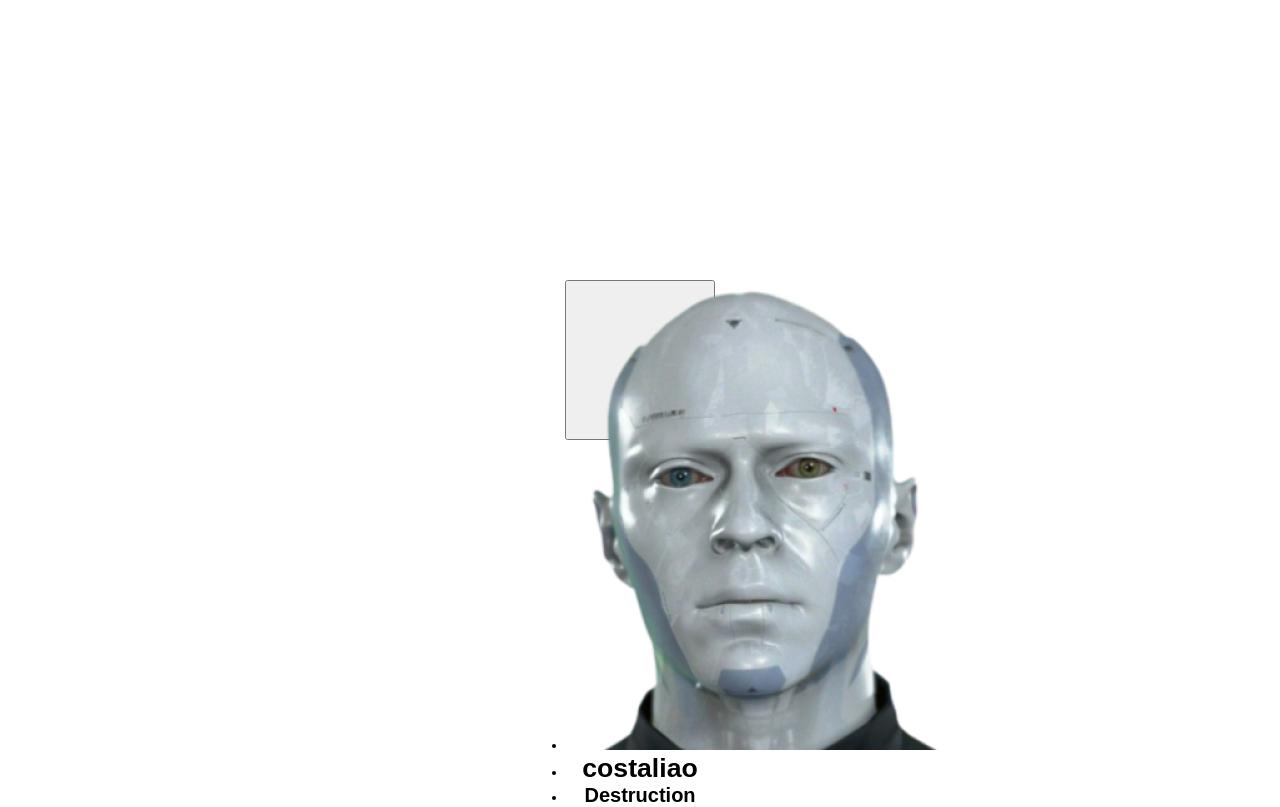
Repository: Cherced/virtualassistant
Page: /Draft
An editor plug-in stored every save of this project. The page is shown before and after the next save, followed by the edit.
The browser window is 1280 px wide. The pictures show the whole page.
The project was rebuilt for these pictures with package versions that can differ from the ones it lists, and the page was loaded fresh each time. The framework's server and built-in components were replaced by stand-ins that run in the browser.

Above is the page before, as saved 2022-07-18 16:02:14.

### pages/_app.js
import '../sass/global.scss';


const MyApp = ({ Component, pageProps }) => {
    return <Component {...pageProps} />
  }


export default MyApp

### pages/_document.js
import { Html, Head, Main, NextScript } from 'next/document'

export default function Document() {

  return (
    <Html lang="en">
      <Head />
      <body>
        <Main />
        <div id="portal"></div>
        <NextScript />
      </body>
    </Html>
  )
}

### pages/Draft.jsx
import React from 'react'
import {IaCardButton} from '../components/atoms/buttons/IaCardButton'




const Draft = () => {
  return (
    <div className="Draft">
      <IaCardButton name="costaliao" speciality="Destruction"/>
    </div>
  )
}

export default Draft

### sass/global.scss
@import './vars';
@import './components';
@import './pages/draft';
@import './pages/welcome';
@import './pages/welcomeS';
@import './pages/login';
@import './pages/signUp';

### components/atoms/buttons/IaCardButton.jsx
import React from 'react'

export const IaCardButton = (props) => {
  return (
    <button className="iaCardButton">
        <ul className="iaCardButton__list">
            <li tabIndex="0" className="iaCardButton__list">
            <img src="/img/head.png" alt={`image of ${props.name}`} />
            </li>
            <li tabIndex="0" className="iaCardButton__list--title">
            <h1>
                {props.name}
            </h1>
            </li>
            <li tabIndex="0" className="iaCardButton__list--description">
                <h2>
                {props.speciality}
                </h2>
            </li>
        </ul>
    </button>
  )
}

### sass/_vars.scss
@import url('https://fonts.googleapis.com/css2?family=Inter:wght@100;200;300;500;600;700;800;900&family=Roboto:ital,wght@0,100;0,300;0,400;0,500;0,700;0,900;1,100;1,300;1,400;1,500;1,700;1,900&display=swap');
@import url('https://fonts.googleapis.com/css2?family=Roboto:ital,wght@0,100;0,300;0,400;0,500;0,700;0,900;1,100;1,300;1,400;1,500;1,700;1,900&family=Ubuntu:ital,wght@0,300;0,400;0,500;0,700;1,300;1,400;1,500;1,700&display=swap');

$mainColor: black;
$mainTextColor: white;
$mainFont: 'Inter';
$subTitle: 'Roboto';


*{
    box-sizing: border-box;
    margin: 0;
    padding: 0;
    font-family: Arial, Helvetica, sans-serif;
}

### sass/_components.scss
@import './components/headers/welcomeHeader';
@import './components/carrousels/carrousel';
@import './components/buttons/nextButton';
@import './components/buttons/basicButton';
@import './components/inputs/basicInput';
@import './components/buttons/optionButton';
@import './components/buttons/iaCardButton';

### sass/components/headers/_welcomeHeader.scss
.brand {
  width: 100%;
  min-height: 500px;
  display: flex;
  background: black;
  border-radius: 0 0 100px 100px;
  box-shadow: 6px 6px 20px 3px rgba(0, 0, 0, 0.2);
  justify-content: center;
  align-items: center;

  .brand__elipse--container {
    display: none;
  }

  .brand__img {
    z-index: 2;
    object-fit: cover;
  }
}

@media screen and (min-width: 1024px) {
  .brand {
    background-repeat: no-repeat;
    background-position: center;
    background-position-y: -200px;
    border-radius: none;
    background-image: url('../../../public/img/Ellipse.png');
    background: linear-gradient(180deg, #000000, #ffffff, #7d7777, #ececec, #7b7b7b, #000000, #545454, #e1e1e1, #e1e1e1);
    background-size: 1800% 1800%;

    -webkit-animation: AnimationName 27s ease infinite;
    -moz-animation: AnimationName 27s ease infinite;
    animation: AnimationName 27s ease infinite;


  .brand__elipse--container {
    display: block;
    position: absolute;
    top: -193px;
    z-index: 1;
  }
  }


@-webkit-keyframes AnimationName {
  0%{background-position:0% 68%}
  50%{background-position:100% 33%}
  100%{background-position:0% 68%}
}
@-moz-keyframes AnimationName {
  0%{background-position:0% 68%}
  50%{background-position:100% 33%}
  100%{background-position:0% 68%}
}
@keyframes AnimationName {
  0%{background-position:0% 68%}
  50%{background-position:100% 33%}
  100%{background-position:0% 68%}
}

}

### sass/components/carrousels/_carrousel.scss
.carrousel {
    max-width: 500px;
    height: auto;
    min-width: 300px;
    overflow: hidden;

    .slider {
        position: relative;
        display: flex;
        width: 200%;
        height: 100%;
    }

    .carrousel__list {
        list-style: none;
        display: flex;
        flex-direction: column;
        width: 100%;

        .carrousel__list--item {
            width: 100%;
            display: flex;
            flex-direction: row;
            align-items: center;
            justify-content: center;

            .carrousel__item--title {
                font-family: $subTitle;
                font-style: normal;
                font-weight: 500;
                font-size: 20px;
                line-height: 24px;
                text-align: center;
                letter-spacing: 0.04em;
                margin-bottom: 30px;
            }

            .carrousel__item--parragraph {
                font-style: normal;
                font-weight: 400;
                font-size: 15px;
                line-height: 18px;
                text-align: center;
                letter-spacing: 0.04em;
                font-family: $mainFont;
                color: #0F184D;
                padding: 0 30px;
                text-align: center;
            }
        }
    }
}

### sass/components/buttons/_nextButton.scss
.button__next {
    display: flex;
    width: auto;
    min-width: 100px;
    height: 50px;
    justify-content: space-around;
    align-items: center;
    background: black;
    color: white;
    border-radius: 100px;
    padding: 0 0 0 30px;
    box-shadow: 5px 5px 10px 0px black;
    cursor: pointer;
    font-family: $mainFont;
    font-size: 16px;


    .button__next--Arrow {
        width: 50px;
        height: 50px;
        display: flex;
        align-items: center;
        justify-content: center;
        background: $mainTextColor;
        border-radius: 100px;
        margin-left: 10px;

        .next__arrow--h1 {
            padding: 10px;
            color: $mainColor;
            font-family: $mainFont;
        }
    }

}

### sass/components/buttons/_basicButton.scss
.basic__button {
    width: 260px;
    height: 50px;
    border-radius: 30px;
}

.black {
    background: black;
    border: 1px solid white;
    font-family: $mainFont;
    font-style: normal;
    font-weight: 600;
    font-size: 20px;
    line-height: 30px;
    text-align: center;
    color: #FFFFFF;
}

.white{
    background: white;
    border: 1px solid black;
    font-family: $mainFont;
    font-style: normal;
    font-weight: 600;
    font-size: 20px;
    line-height: 30px;
    text-align: center;
    color: black;
}

### sass/components/inputs/_basicInput.scss
.basicInput {
    width: 260px;
    height: 50px;
    border-radius: 30px;
    padding-left: 15px;
    box-shadow: 3px 3px 11px 0px black;
    // letter style:
    font-family: 'Open Sans';
    font-style: normal;
    font-weight: 400;
    font-size: 16px;
    line-height: 22px;
    text-align: start;
    color: #848484;

}

### sass/components/buttons/_optionButton.scss
.optionButton {
    height: 60px;
    padding: 15px;
    width: auto;
    border: none;
    background: linear-gradient(235.8deg, #D9D9D9 5.2%, rgba(217, 217, 217, 0) 144.41%);
    filter: drop-shadow(0px 4px 1px rgba(0, 0, 0, 0.25));
    border-radius: 10px;
    font-family: $mainFont;
    font-style: normal;
    font-weight: 400;
    font-size: 13px;
    line-height: 16px;
    text-align: center;
    color: $mainColor;
}

### sass/components/buttons/_iaCardButton.scss
.iaCardButton{
    width: 150px;
    height: 160px;
}

### sass/pages/_draft.scss

.Draft{
    display: flex;
    align-self: center;
    width: 100%;
    justify-content: center;
    height: 100vh;
    flex-direction: column;
    align-items: center;
}

### sass/pages/_welcome.scss
.welcome {
    width: 100%;
    height: 100vh;
    display: flex;
    flex-direction: column;
    align-items: center;
    box-shadow: 7px 8px 20px 7px black;
    justify-items: center;
    justify-content: space-between;

    .main__Content--welcome {
        width: 100%;
        height: 100%;
        display: flex;
        justify-content: center;
        flex-direction: column;
        align-items: center;

        .main__Content--title {
            font-family: $mainFont;
            font-style: normal;
            font-weight: 600;
            font-size: 30px;
            line-height: 18px;
            text-align: center;
            letter-spacing: 0.04em;

            color: #0F184D;
            margin: 30px 0;
        }
    }

    .NavButtons {
        display: flex;
        width: 100%;
        align-items: center;
        justify-content: space-between;
        padding: 0 30px;
        margin: 20px 0;

        .NavButtons__ancord {
            text-decoration: none;
            font-style: normal;
            font-weight: 400;
            font-size: 15px;
            line-height: 18px;
            letter-spacing: 0.04em;
            font-family: $mainFont;
            color: #000000;
        }
    }
}

### sass/pages/_welcomeS.scss
.welcomeS {
    height: 100vh;
    background: linear-gradient(333.49deg, #000000 55.66%, rgba(217, 217, 217, 0) 92.17%);
    display: flex;
    flex-direction: column;
    align-items: center;
    justify-content: space-around;

    .welcomeS__header {
        width: 100%;
        height: 50%;
        display: flex;
        align-items: center;
        justify-content: center;

        .welcomeS__header--img {
            width: 350px;
            height: 450px;
            object-fit: cover;
            border-radius: 100px 0 100px 0;
        }
    }

    .welcomeS__main {
        width: 90%;
        color: white;
        display: flex;
        align-items: center;
        justify-content: center;

        .welcomeS__main--title {
            text-align: center;
            font-family: $mainFont;
            font-style: normal;
            font-weight: 400;
            font-size: 24px;
            line-height: 29px;
            letter-spacing: 0.07em;
        }
    }
}

### sass/pages/_login.scss
.login {
    width: 100%;
    height: 100vh;
    display: flex;
    align-items: center;
    justify-content: center;
    background-image: url('../../public/img/LoginBg.png');
    background-repeat: no-repeat;
    background-size: cover;

    .loginForm {
        background: rgba(255, 255, 255, 0.77);
        box-shadow: 0px 4px 20px rgba(0, 0, 0, 0.4);
        width: 315px;
        height: 415px;
        display: flex;
        flex-direction: column;
        align-items: center;
        justify-content: center;

        .loginForm__title--h1 {
            font-style: normal;
            font-weight: 700;
            font-size: 36px;
            line-height: 54px;
            font-family: $mainFont;
            text-align: center;
            color: #000000;
        }

        .loginForm__inputs--container {
            display: flex;
            flex-direction: column;
            align-items: center;
            justify-content: space-around;
            height: 135px;
        }

        .loginForm__ancord {
            margin: 5px 0;
            width: 80%;
            font-family: $mainFont;
            font-style: normal;
            font-weight: 400;
            font-size: 16px;
            line-height: 19px;
            text-align: end;
            color: #3751EA;

        }
        .loginForm__info{
            margin: 10px 0;
            .loginForm__label {

                font-family: $mainFont;
                font-style: normal;
                font-weight: 400;
                font-size: 16px;
                line-height: 19px;
                text-align: end;
                color: black;
            }
        }

        .loginForm__separator {
            width: 80%;
            display: flex;

            .loginForm__line {
                width: 50%;
                margin: 10px 5px;
                color: #000000;
            }

            .loginForm__label--or {
                color: #000000;
            }

        }


    }
}

### sass/pages/_signUp.scss
.signUp {
    display: flex;
    width: 100%;
    flex-direction: column;
    align-items: center;
    justify-content: center;
    height: 100vh;
    background-repeat: no-repeat;
    background-position: top;
    background-size: cover;
    background-image: url('../../public/img/blackBg1090px.png');


    .signUp__title--container {
        color: white;
        display: flex;
        flex-direction: column;
        align-items: flex-start;
        justify-content: center;
        width: 320px;
        height: 150px;

        .signUp__title--h1 {
            margin: 10px 0;
            font-family: $mainFont;
            font-style: normal;
            font-weight: 700;
            font-size: 36px;
            line-height: 44px;
            text-align: center;
            color: white;
        }

        .signUp__title--parragraph {
            font-family: $mainFont;
            font-style: normal;
            font-weight: 400;
            font-size: 16px;
            line-height: 17px;
            color: white;
        }
    }

    .signForm {
        display: flex;
        flex-direction: column;
        align-items: center;
        justify-content: space-evenly;
        height: 550px;
        width: 320px;
        background: #FFFFFF;
        box-shadow: 0px 4px 4px rgba(0, 0, 0, 0.25);
        border-radius: 10px;

        .signForm__inputs--container {
            display: flex;
            flex-direction: column;
            align-items: center;
            justify-content: space-evenly;
            height: 350px;
        }

        .signForm__checkbox--container {
            width: 90%;
            margin: 5px 0;
            display: flex;
            align-items: center;
            justify-content: center;

            .signForm__checkbox--label {
                font-family: $mainFont;
                font-style: normal;
                font-weight: 400;
                font-size: 14px;
                line-height: 26px;
                width: 90%;
                text-align: center;
                display: flex;
                align-items: center;
                justify-content: space-evenly;
            }
        }

        .signForm__socialMedia--container {
            width: 90%;
            display: flex;
            align-items: center;
            justify-content: space-evenly;
            flex-direction: row;

            .signForm__socialMedia--title {
                font-family: $mainFont;
                font-style: normal;
                font-weight: 700;
                font-size: 16px;
                line-height: 30px;
                text-align: center;
            }

            .signForm__socialMedia--imgs {
                display: flex;
                justify-content: space-around;
                align-items: center;
                width: 50%;
                flex-direction: row;
                list-style: none;
            }
        }

    }

    .signUp__container--label {
        margin-top: 25px;
        font-family: $mainFont;
        font-style: normal;
        font-weight: 400;
        font-size: 14px;
        line-height: 26px;
        text-align: center;
        color: #FFFFFF;

        .signUp__container--ancord {
            font-family: $mainFont;
            font-style: normal;
            font-weight: 400;
            font-size: 14px;
            line-height: 26px;
            text-align: center;
            color: #FFFFFF;

        }
    }

}

After the next save:
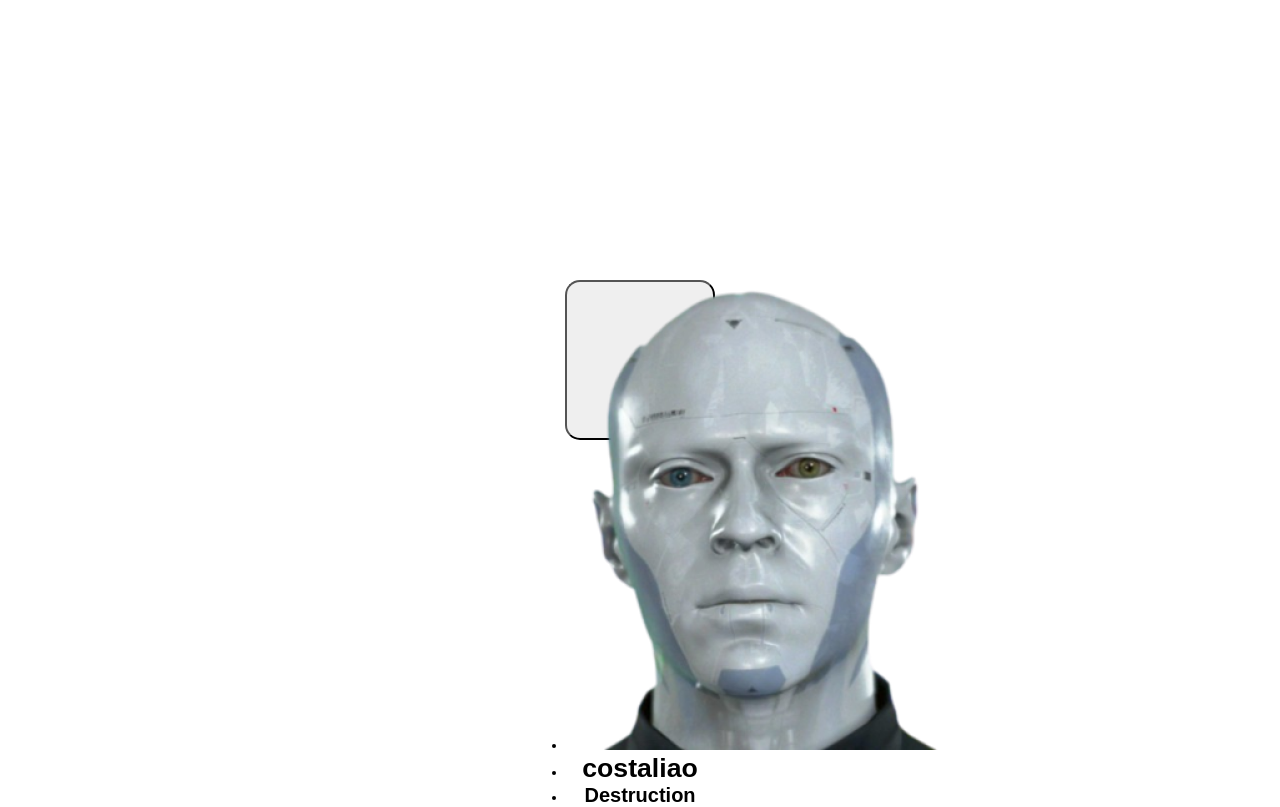
Saved 20 s later.
--- a/sass/components/buttons/_iaCardButton.scss
+++ b/sass/components/buttons/_iaCardButton.scss
@@ -1,4 +1,5 @@
 .iaCardButton{
     width: 150px;
     height: 160px;
+    border-radius: 15px;
 }
